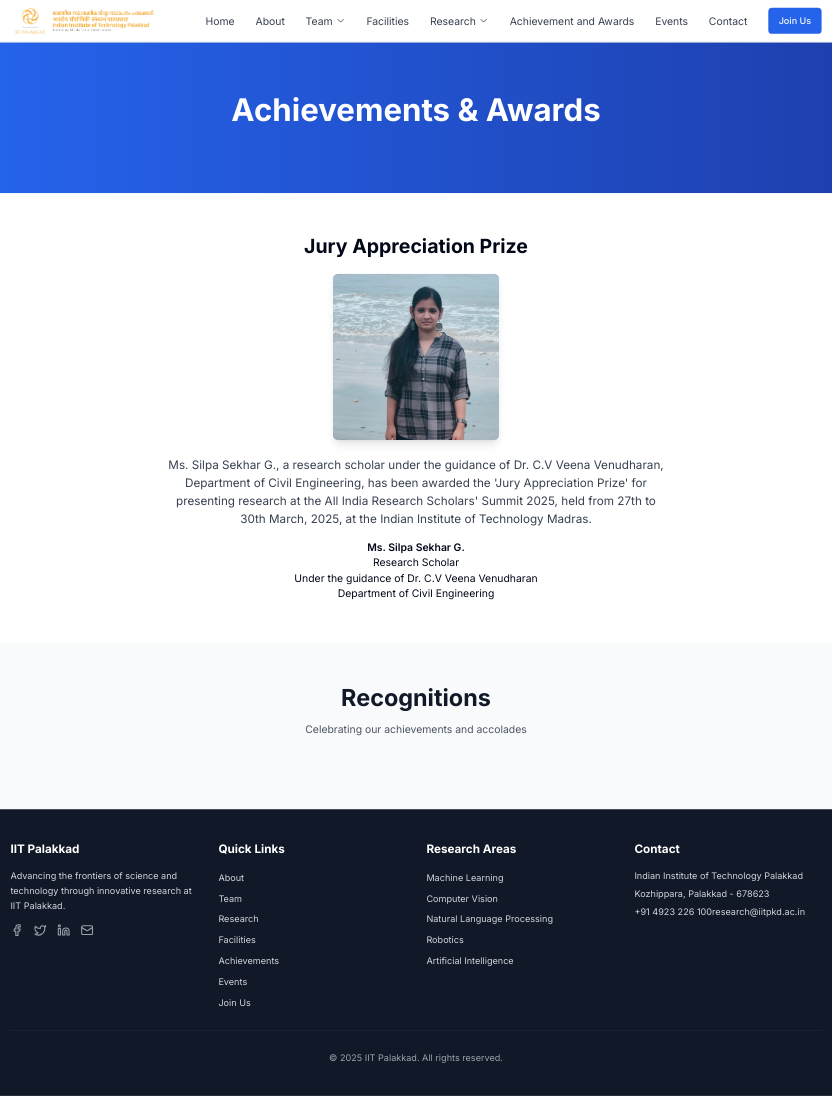
Repository: Gopikrish-30/ARISE
Page: /achievements
These files come from the project's save history. The page is drawn as it stood at one moment and after a run of saves; the edit follows.
The browser window is 1280 px wide. The pictures show the whole page, at 65% of full size.
The project was rebuilt for these pictures with package versions that can differ from the ones it lists, and the page was loaded fresh each time. The framework's server and built-in components were replaced by stand-ins that run in the browser. Also part of the build but not shown: next.config.mjs.

Above is the page before, as saved 2025-06-29 18:31:07.

After the next 5 saves:
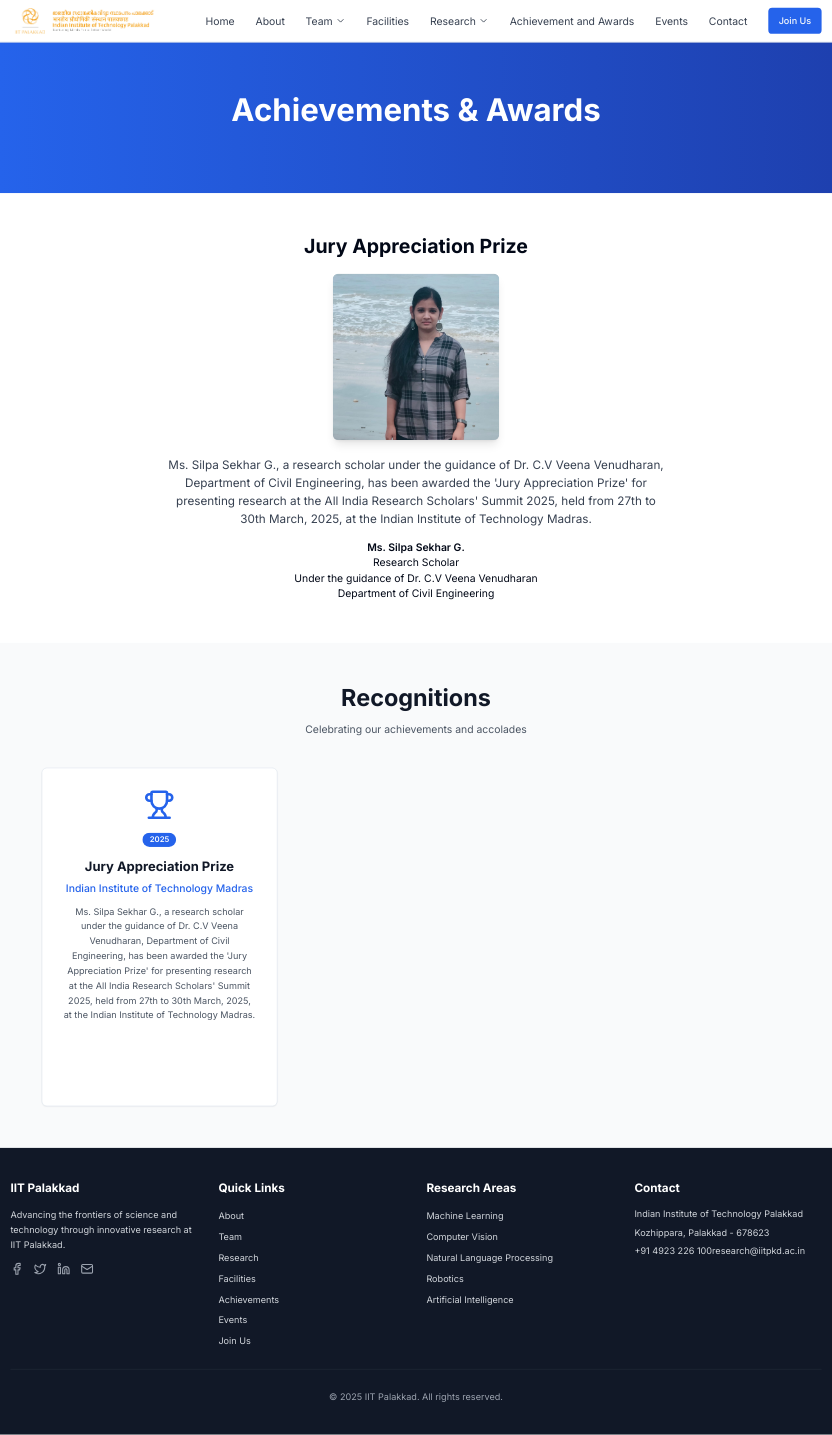
The 5 saves are shown as one change because they came seconds apart.
The last was saved 68 s later.
--- a/components/recognitions.tsx
+++ b/components/recognitions.tsx
@@ -6,7 +6,21 @@
 import { Button } from "@/components/ui/button"
 
 export function Recognitions() {
-  const recognitions: any[] = []
+  const recognitions = [
+    {
+      title: "Jury Appreciation Prize",
+      organization: "Indian Institute of Technology Madras",
+      year: "2025",
+      description: "Ms. Silpa Sekhar G., a research scholar under the guidance of Dr. C.V Veena Venudharan, Department of Civil Engineering, has been awarded the 'Jury Appreciation Prize' for presenting research at the All India Research Scholars' Summit 2025, held from 27th to 30th March, 2025, at the Indian Institute of Technology Madras.",
+      icon: Trophy,
+      extraInfo: [
+        "Ms. Silpa Sekhar G.",
+        "Research Scholar",
+        "Under the guidance of Dr. C.V Veena Venudharan",
+        "Department of Civil Engineering",
+      ],
+    },
+  ]
 
   const handleRecognitionClick = (recognition: any) => {
     // Navigate to achievements page with specific recognition
